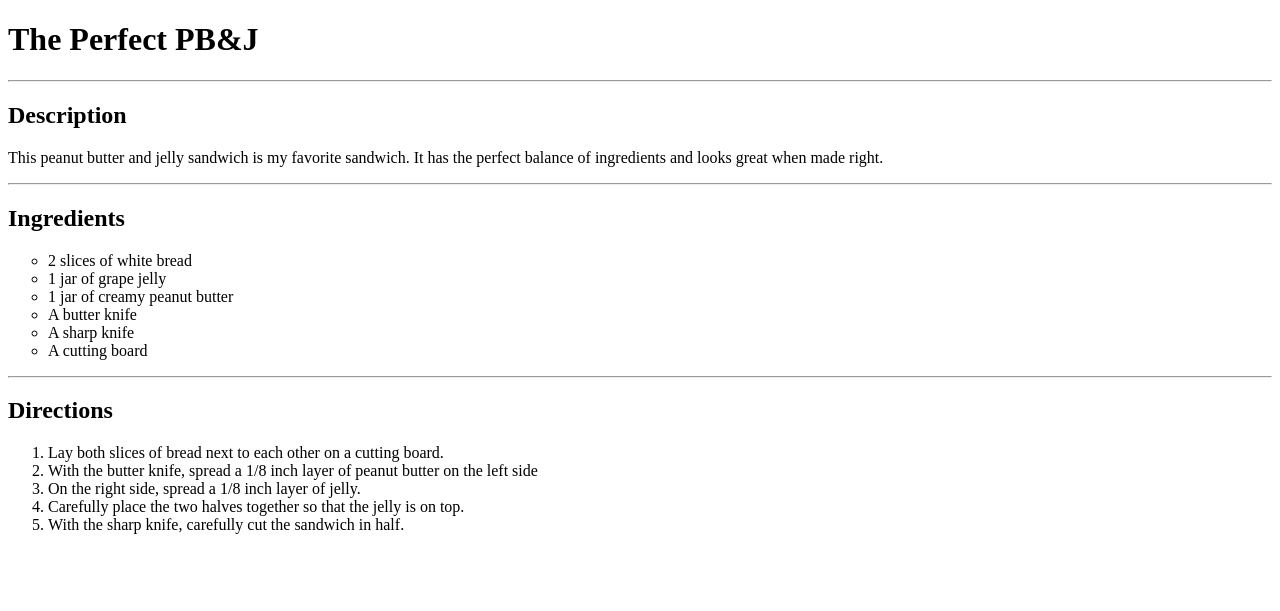
Repository: 9-5-pursuit/lab-intro-to-html
Page: recipe.html
These files come from the project's save history. The page is drawn as it stood at one moment and after a run of saves; the edit follows.
The browser window is 1280 px wide. The pictures show the whole page.

Above is the page before, as saved 2023-02-28 08:35:22.

### recipe.html
<!DOCTYPE html>
<html lang="en">
  <head>
    <meta charset="UTF-8" />
    <meta http-equiv="X-UA-Compatible" content="IE=edge" />
    <meta name="viewport" content="width=device-width, initial-scale=1.0" />
    <title>The Perfect Sandwich</title>
  </head>
  <body>
    <div id= "header" class="header">
        <h1>The Perfect PB&J</h1>
      <!-- https://www.seriouseats.com/pbj-a-serious-eats-special-rep -->
      <hr />
    </div>
    <div id="content" class="content">
        <div>
            <h2>Description</h2>
                <p>
                    This peanut butter and jelly sandwich is my favorite sandwich. It has the  perfect balance of ingredients and looks great when made right.
                </p>
            </div>
            <hr>
        <div>
            <h2>Ingredients</h2>
            <ul type="circle" >
                <li>2 slices of white bread</li>
                <li>1 jar of grape jelly</li>
                <li>1 jar of creamy peanut butter</li>
                <li>A butter knife</li>
                <li>A sharp knife</li>
                <li>A cutting board</li>
            </ul>
        </div>
      <hr />
      <div>
        <h2>Directions</h2>
        <ol >
          <li>
            Lay both slices of bread next to each other on a cutting board.
          </li>
          <li>
            With the butter knife, spread a 1/8 inch layer of peanut butter on
            the left side
          </li>
          <li>On the right side, spread a 1/8 inch layer of jelly.</li>
          <li>
            Carefully place the two halves together so that the jelly is on top.
          </li>
          <li>With the sharp knife, carefully cut the sandwich in half.</li>
        </ol>
      </div>
    </div>
  </body>
</html>

After the next 2 saves:
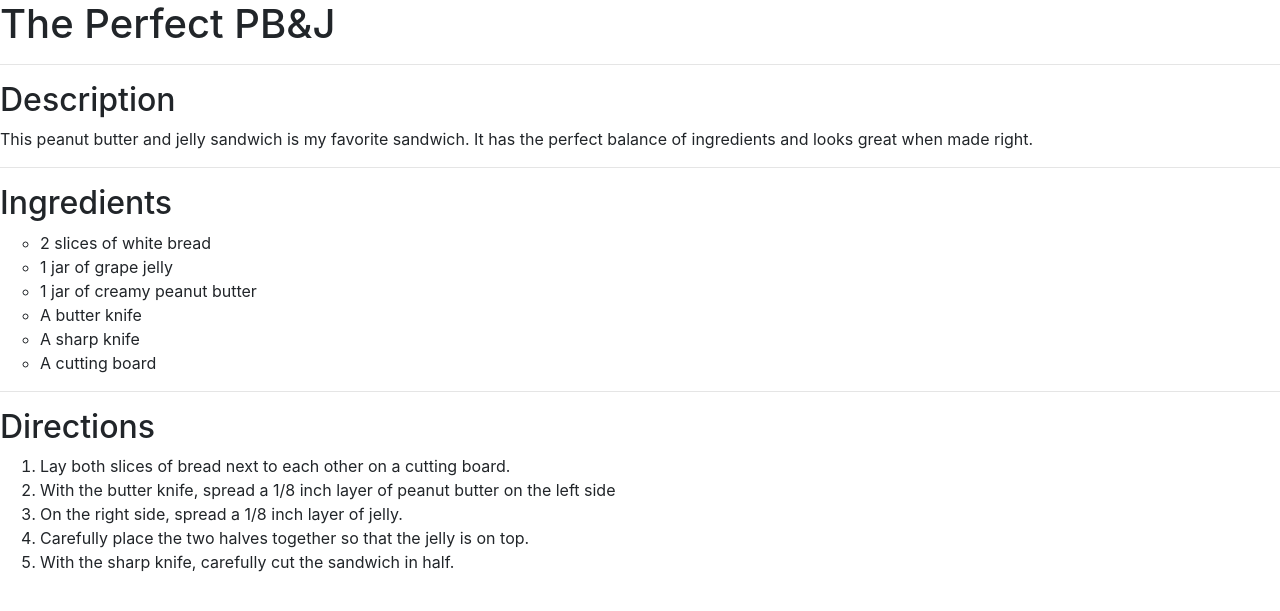
The 2 saves are shown as one change because they came seconds apart.
The last was saved 3 min 27 s later.
--- a/recipe.html
+++ b/recipe.html
@@ -4,6 +4,7 @@
     <meta charset="UTF-8" />
     <meta http-equiv="X-UA-Compatible" content="IE=edge" />
     <meta name="viewport" content="width=device-width, initial-scale=1.0" />
+    <link rel="stylesheet" href="https://maxcdn.bootstrapcdn.com/bootstrap/4.0.0/css/bootstrap.min.css">
     <title>The Perfect Sandwich</title>
   </head>
   <body>
